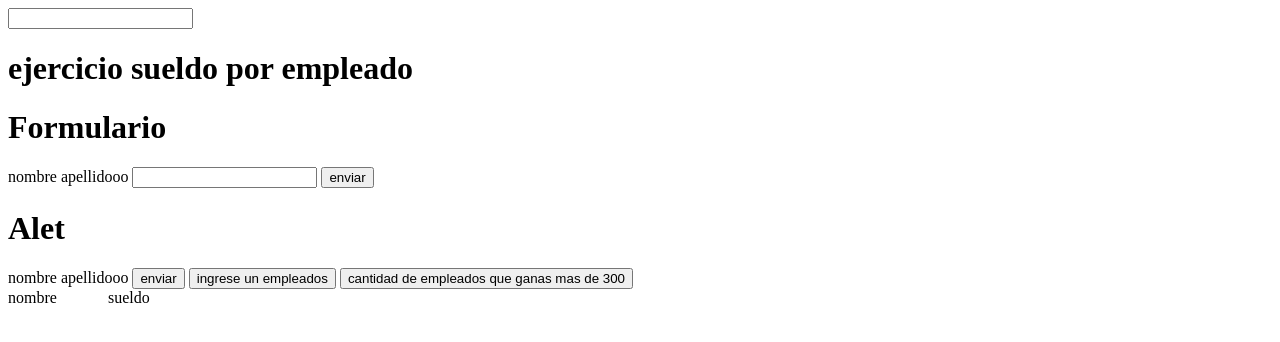
Repository: wolfmarcos/Ej-FormSesionEmpleados
Page: sueldoempleado.html
An editor plug-in stored every save of this project. The page is shown before and after the next save, followed by the edit.
The browser window is 1280 px wide. The pictures show the whole page.

Above is the page before, as saved 2022-07-26 13:34:21.

After the next save:
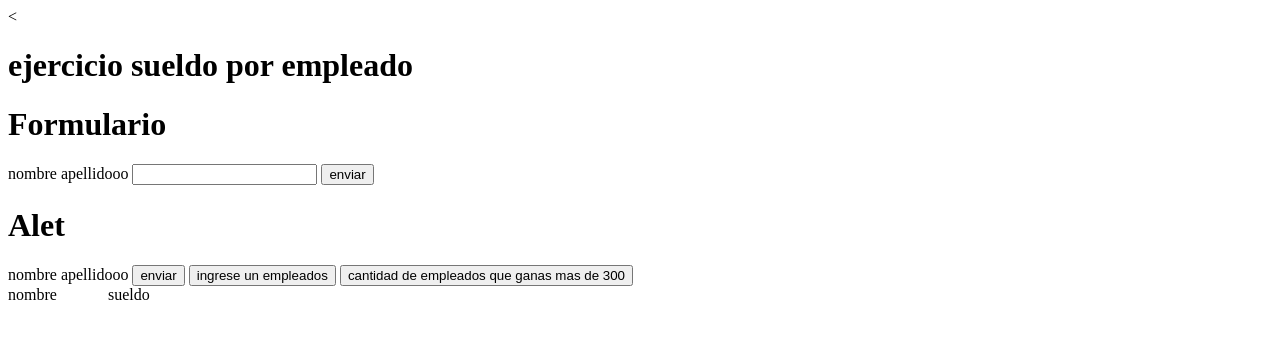
Saved 45 s later.
--- a/sueldoempleado.html
+++ b/sueldoempleado.html
@@ -9,8 +9,7 @@
     <title>Document</title>
 </head>
 
-<body>
-    <input type="text">
+<
     <h1>ejercicio sueldo por empleado</h1>
 
 
